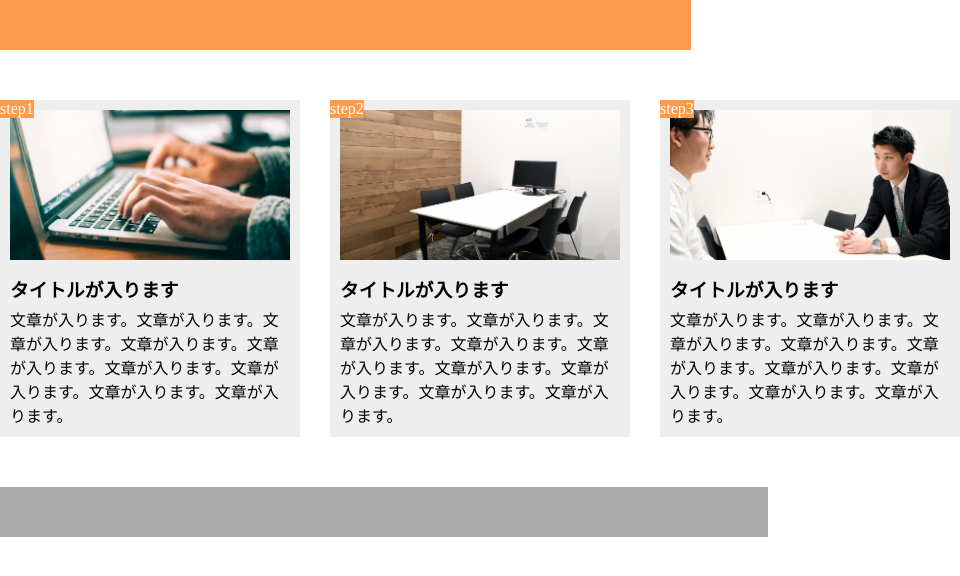
Repository: NANAKUNITA/chapter10
Page: chapter10/chapter10.html
The author's editor kept a record of every edit. The page is drawn from the files as they stood at one moment, then again after the next edit.
The browser window is 768 px wide. The page is 960 px wide, so the pictures cover 960 px, including what lies to the right of the window. The pictures show the whole page.

Above is the page before.

### chapter10/chapter10.html
<!DOCTYPE html>
<html lang="ja">
  <head>
    <meta charset="UTF-8"/>
    <meta name="viewport" content="width=device-width,initial-scale=1.0">
    <link rel="stylesheet" href="chapter10.css">
    <title>課題</title>
  </head>
  <body>
    <header></header>
    <main>
      <div class="step-box">
        <div class="step-img1"></div>
        <span class="step-num">step1</span>
        <h3 class="title">タイトルが入ります</h3>
        <p class="text">
        文章が入ります。文章が入ります。文章が入ります。文章が入ります。文章が入ります。文章が入ります。文章が入ります。文章が入ります。文章が入ります。
        </p>
      </div>
      <div class="step-box">
        <div class="step-img2"></div>
        <span class="step-num">step2</span>
        <h3 class="title">タイトルが入ります</h3>
        <p class="text">
         文章が入ります。文章が入ります。文章が入ります。文章が入ります。文章が入ります。文章が入ります。文章が入ります。文章が入ります。文章が入ります。
        </p>
      </div>
      <div class="step-box">
        <div class="step-img3"></div>
        <span class="step-num">step3</span>
        <h3 class="title">タイトルが入ります</h3>
        <p class="text">
         文章が入ります。文章が入ります。文章が入ります。文章が入ります。文章が入ります。文章が入ります。文章が入ります。文章が入ります。文章が入ります。
        </p>
      </div>
    </main>
   <footer></footer>
  </body>
</html>

### chapter10/chapter10.css
*{
  margin: 0;
  padding: 0;
  box-sizing: border-box;
}

header{
  height: 50px;
  background-color: #ff9a4b;
}

main{
  width: 960px;
  margin: 50px auto;
  display: flex;
}

.step-box{
  width: 300px;
  margin-right: 30px;
  padding: 10px;
  position: relative;
  background-color: #eee;
}

.step-box:last-child{
  margin-right: 0;
}

.step-img1{
  height: 150px;
  background-image: url(img/flow01.png);
  background-position: bottom;
  background-size: cover;
}

.step-img2{
  height: 150px;
  background-image: url(img/flow02.png);
  background-position: bottom;
  background-size: cover;
}

.step-img3{
  height: 150px;
  background-image: url(img/flow03.png);
  background-position: bottom;
  background-size: cover;
}

.step-num{
  position: absolute;
  top: 0;
  left: 0;
  background-color: #ff9a4b;
  color: #fff;
}

.title{
  margin: 15px 0 5px;
}

footer{
  height: 50px;
  background-color: #aaa;
}

@media screen and (max-width:768px){
  header{
    width: 90%;
  }

  .main{
    width: 90%;
    display: block;
  }

  .step-box{
    width: 90%;
  }

  .step-box:last-child{
    margin: 0px;
  }

 .step-img1{
  width: 100;
  height: 150px;
}

 .step-img2{
  width: 100%;
  height: 150px;
}

 .step-img3{
  width: 100%;
  height: 150px;
 }

footer{
  width: 100%;
}

}

After the next edit:
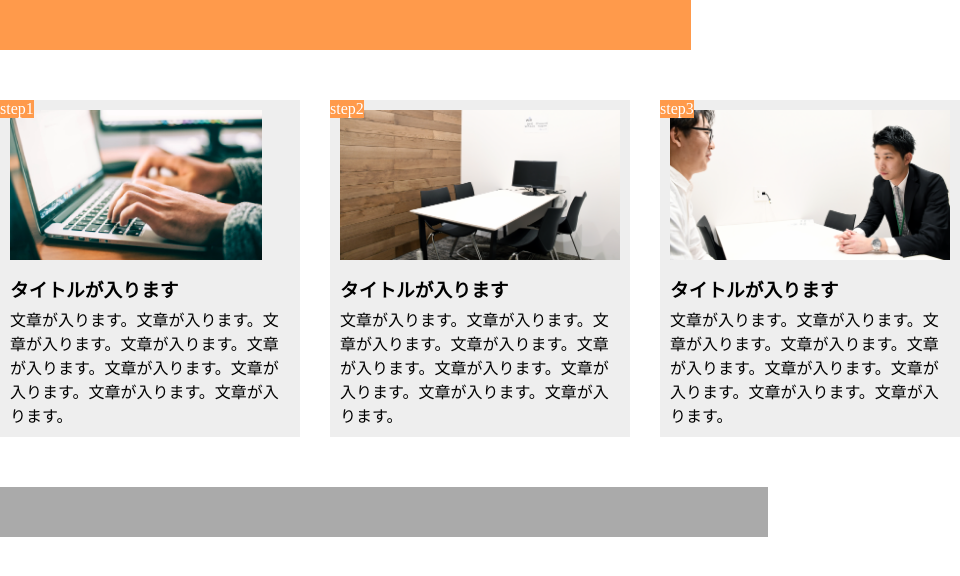
The edit:
--- a/chapter10/chapter10.css
+++ b/chapter10/chapter10.css
@@ -84,7 +84,7 @@
   }
 
  .step-img1{
-  width: 100;
+  width: 90%;
   height: 150px;
 }
 
